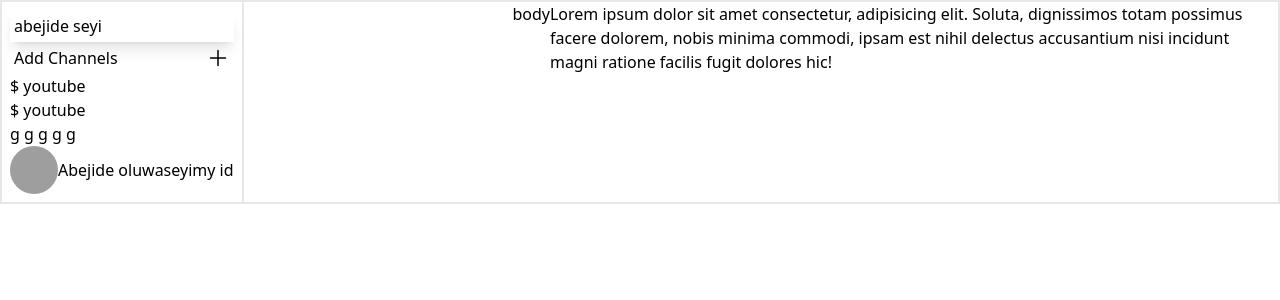
Repository: Semanmernstack/chat-mini
Page: /
The author's editor kept a copy of each file at every save. The page is drawn from the files as they stood at one save, then again after the next save.
The browser window is 1280 px wide. The pictures show the whole page.
Pictures or frames that could not be fetched are drawn as grey boxes. The project was rebuilt for these pictures with package versions that can differ from the ones it lists, and the page was loaded fresh each time. Also part of the build but not shown: src/features/counter/Counter.module.css, src/features/counter/Counter.js.

Above is the page before, as saved 2022-11-14 06:16:34.

After the next save:
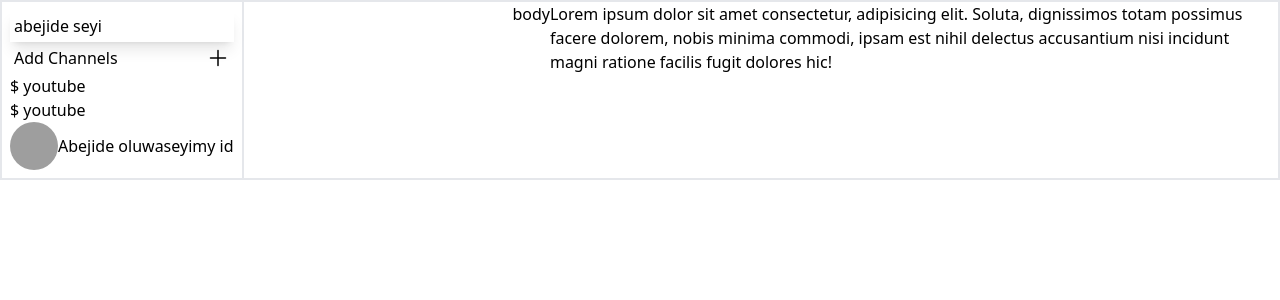
Saved 24 s later.
--- a/src/Sidebar.js
+++ b/src/Sidebar.js
@@ -17,11 +17,7 @@ function Sidebar() {
         <div  >
         <Sidebarlist/>
         <Sidebarlist/>
-        g
-        g
-        g
-        g
-        g
+
 
         </div>
         </div>
